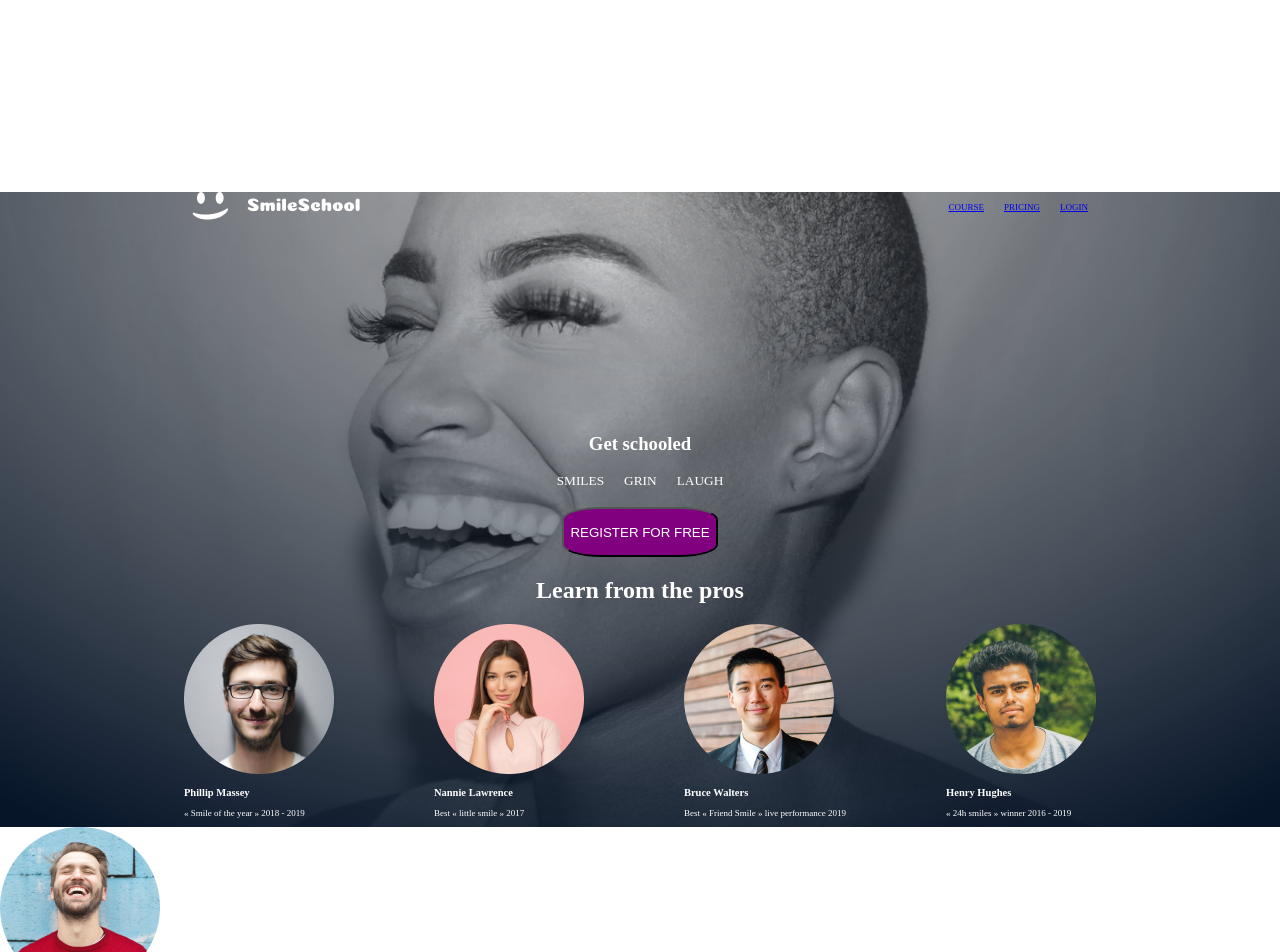
Repository: mwihakiann/alx_html_css
Page: css_advanced/index.html
An editor plug-in stored every save of this project. The page is shown before and after a run of saves, followed by the edit.
The browser window is 1280 px wide. The pictures show the part of the page from y = 0 to 952 px (the page is 3677 px tall).
A picture or video elsewhere on the page could not be fetched, so the positions and the page height are approximate. Some web libraries are served in a nearby version.

Above is the page before, as saved 2025-09-28 18:33:29.

After the next 3 saves:
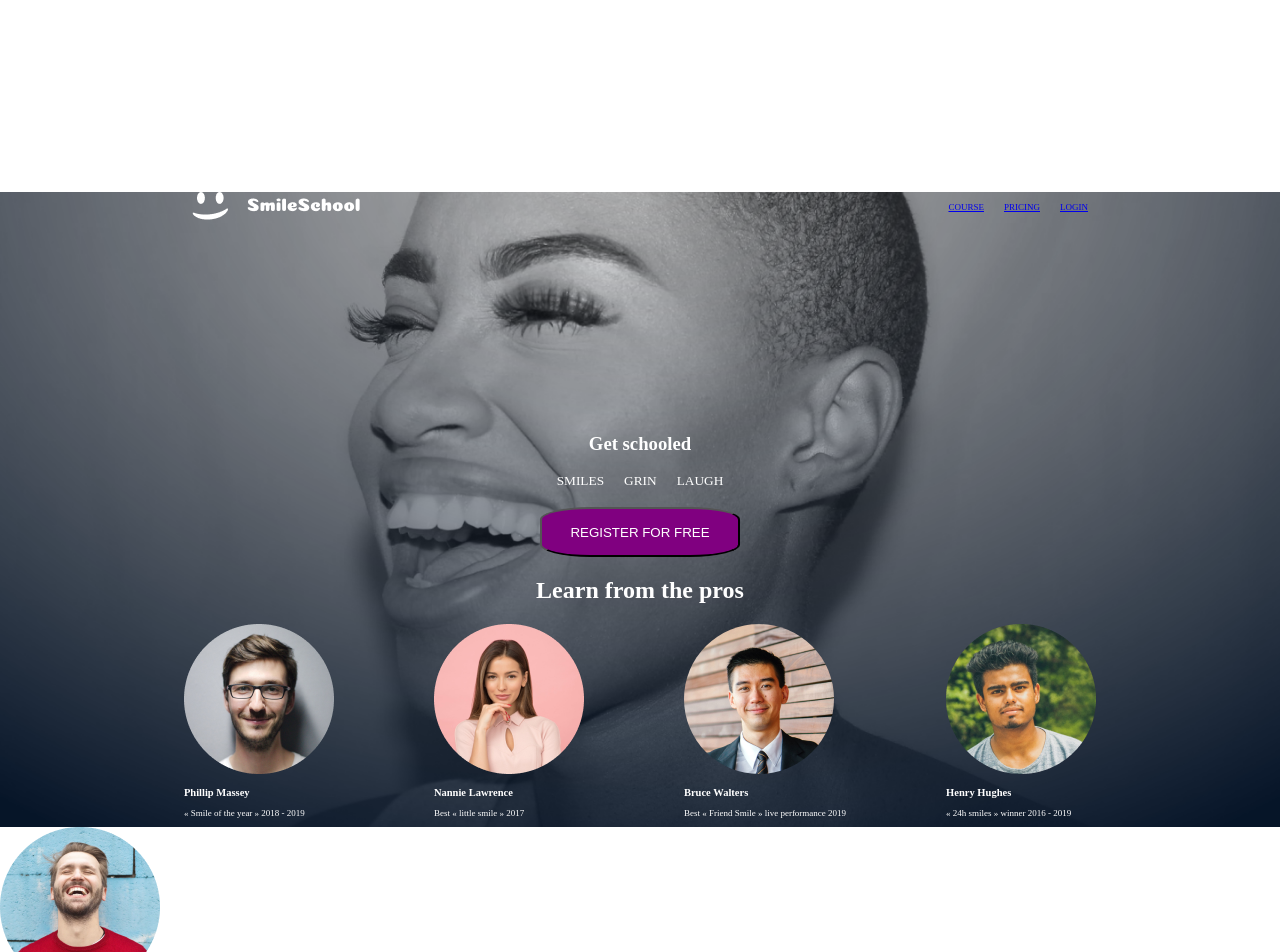
The 3 saves are shown as one change because they came seconds apart.
The last was saved 8 s later.
--- a/css_advanced/styles.css
+++ b/css_advanced/styles.css
@@ -36,7 +36,7 @@ h1{
     background-color: purple;
     color: white;
     paddding: 12px 24px;
-    b
+    border-radius: 25;
     width: 200px;
     height:50px;
     border-bottom-left-radius: 25%;
